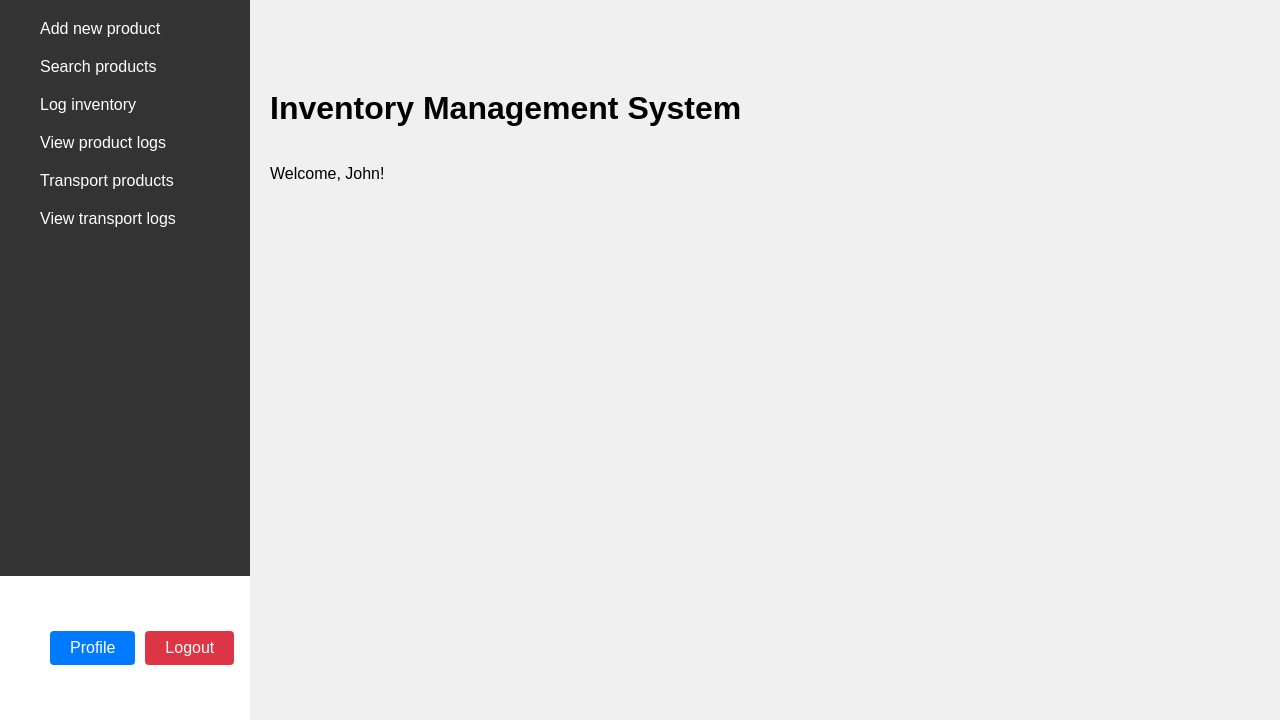
Repository: Warspinix/Flask-Web-Applications
Page: http://localhost/dashboard
The author's editor kept a copy of each file at every save. The page is drawn from the files as they stood at one save, then again after the next save.
The browser window is 1280 px wide. The pictures show the whole page.
The page is served by the project's application, run on Flask 3 (app.py). The session is filled in as if someone had signed in: {"user_id": 1, "first_name": "John"}.

Above is the page before, as saved 2024-06-13 22:27:19.

After the next save:
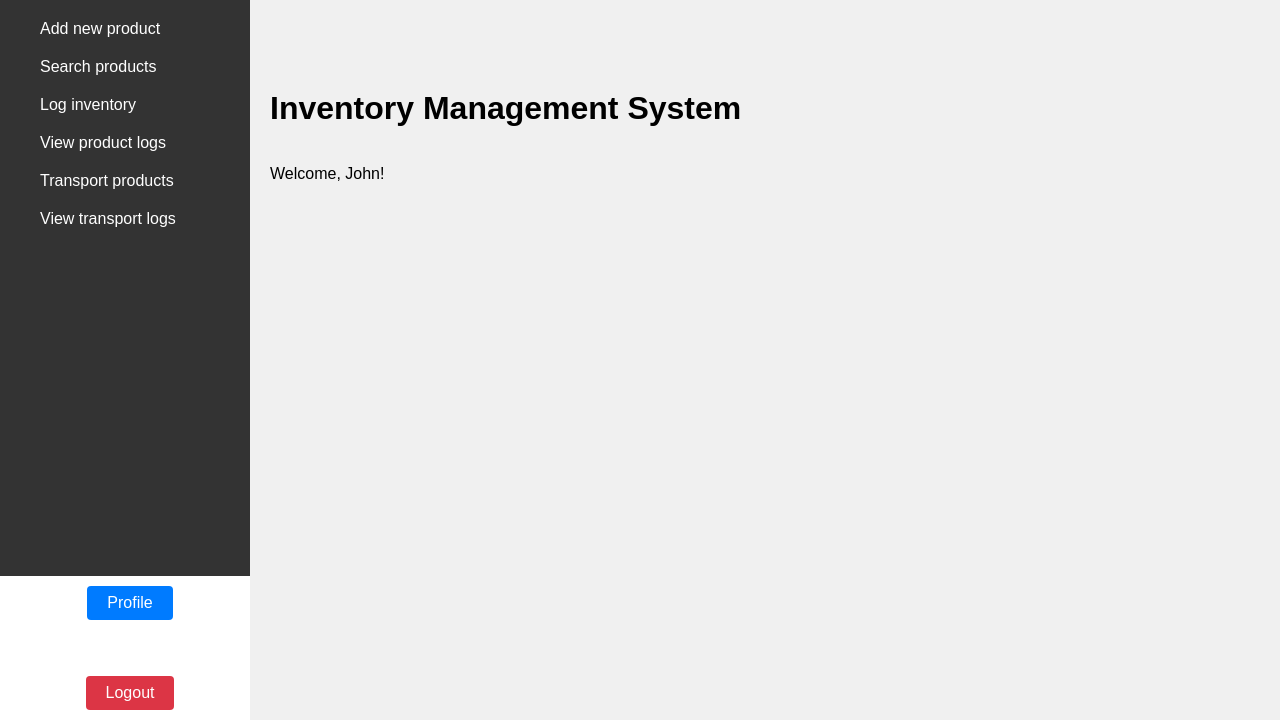
Saved 74 s later.
--- a/static/style.css
+++ b/static/style.css
@@ -83,7 +83,6 @@ h1 {
     flex-direction: column;
     background-color: white;
     align-items: center;
-    flex-direction: row;
     justify-content: space-between;
     text-align: right;
     padding: 10px 40px;
